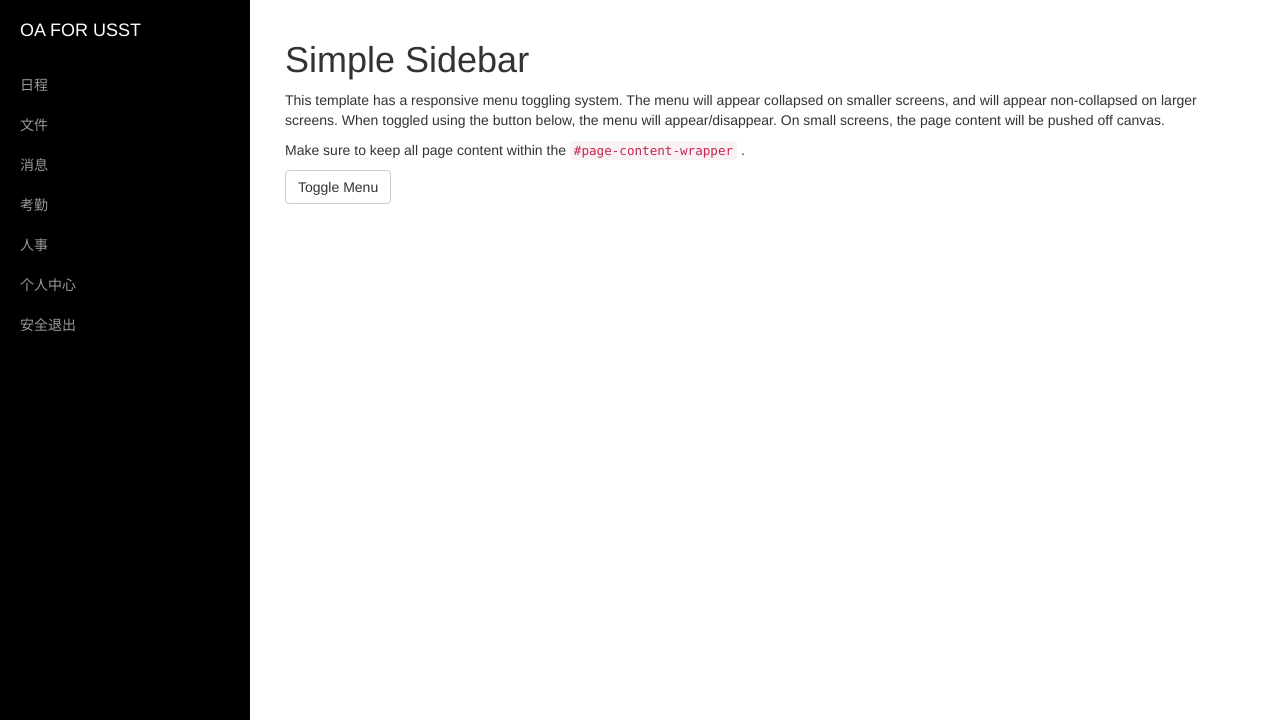
Repository: krzyty/OA_USST
Page: http://localhost/USSTOA/adminMain.jsp
These files come from the project's save history. The page is drawn as it stood at one moment and after a run of saves; the edit follows.
The browser window is 1280 px wide. The pictures show the whole page.
The page is served by Tomcat 9. Other server files are loaded and not shown.

Above is the page before, as saved 2017-07-05 06:54:36.

### 整合好的(不能修改)/OA_USST/USSTOA/WebContent/adminMain.jsp
<%@ page language="java" contentType="text/html; charset=UTF-8"
	pageEncoding="UTF-8"%><!DOCTYPE html>
<html lang="en">

<head>

<meta charset="utf-8">
<meta http-equiv="X-UA-Compatible" content="IE=edge">
<meta name="viewport" content="width=device-width, initial-scale=1">
<meta name="description" content="">
<meta name="author" content="">

<title>管理员主页</title>

<!-- Bootstrap Core CSS -->
<link href="css/bootstrap.min.css" rel="stylesheet">

<!-- Custom CSS -->
<link href="css/simple-sidebar.css" rel="stylesheet">

</head>

<body>

	<div id="wrapper">

		<!-- Sidebar -->
		<div id="sidebar-wrapper">
			<ul class="sidebar-nav">
				<li class="sidebar-brand"><a href="#"> OA FOR USST </a>
				</li>
				<li><a href="http://www.raychien.site">日程</a>
				</li>
				<li><a href="#">文件</a>
				</li>
				<li><a href="#">消息</a>
				</li>
				<li><a href="#">考勤</a>
				</li>
				<li><a href="#">人事</a>
				</li>
				<li><a href="#">个人中心</a>
				</li>
				<li><a href="logout">安全退出</a>
				</li>
			</ul>
		</div>
		<!-- /#sidebar-wrapper -->

		<!-- Page Content -->
		<div id="page-content-wrapper">
			<div class="container-fluid">
				<div class="row">
					<div class="col-lg-12">
						<h1>Simple Sidebar</h1>
						<p>This template has a responsive menu toggling system. The
							menu will appear collapsed on smaller screens, and will appear
							non-collapsed on larger screens. When toggled using the button
							below, the menu will appear/disappear. On small screens, the page
							content will be pushed off canvas.</p>
						<p>
							Make sure to keep all page content within the
							<code>#page-content-wrapper</code>
							.
						</p>
						<a href="#menu-toggle" class="btn btn-default" id="menu-toggle">Toggle
							Menu</a>
					</div>
				</div>
			</div>
		</div>
		<!-- /#page-content-wrapper -->

	</div>
	<!-- /#wrapper -->

	<!-- jQuery -->
	<script src="js/jquery.js"></script>

	<!-- Bootstrap Core JavaScript -->
	<script src="js/bootstrap.min.js"></script>

	<!-- Menu Toggle Script -->
	<script>
		$("#menu-toggle").click(function(e) {
			e.preventDefault();
			$("#wrapper").toggleClass("toggled");
		});
	</script>

</body>

</html>

### 整合好的(不能修改)/OA_USST/USSTOA/WebContent/css/simple-sidebar.css
/*!
 * Start Bootstrap - Simple Sidebar HTML Template (http://startbootstrap.com)
 * Code licensed under the Apache License v2.0.
 * For details, see http://www.apache.org/licenses/LICENSE-2.0.
 */

/* Toggle Styles */

#wrapper {
    padding-left: 0;
    -webkit-transition: all 0.5s ease;
    -moz-transition: all 0.5s ease;
    -o-transition: all 0.5s ease;
    transition: all 0.5s ease;
}

#wrapper.toggled {
    padding-left: 250px;
}

#sidebar-wrapper {
    z-index: 1000;
    position: fixed;
    left: 250px;
    width: 0;
    height: 100%;
    margin-left: -250px;
    overflow-y: auto;
    background: #000;
    -webkit-transition: all 0.5s ease;
    -moz-transition: all 0.5s ease;
    -o-transition: all 0.5s ease;
    transition: all 0.5s ease;
}

#wrapper.toggled #sidebar-wrapper {
    width: 250px;
}

#page-content-wrapper {
    width: 100%;
    position: absolute;
    padding: 15px;
}

#wrapper.toggled #page-content-wrapper {
    position: absolute;
    margin-right: -250px;
}

/* Sidebar Styles */

.sidebar-nav {
    position: absolute;
    top: 0;
    width: 250px;
    margin: 0;
    padding: 0;
    list-style: none;
}

.sidebar-nav li {
    text-indent: 20px;
    line-height: 40px;
}

.sidebar-nav li a {
    display: block;
    text-decoration: none;
    color: #999999;
}

.sidebar-nav li a:hover {
    text-decoration: none;
    color: #fff;
    background: rgba(255,255,255,0.2);
}

.sidebar-nav li a:active,
.sidebar-nav li a:focus {
    text-decoration: none;
}

.sidebar-nav > .sidebar-brand {
    height: 65px;
    font-size: 18px;
    line-height: 60px;
}

.sidebar-nav > .sidebar-brand a {
    color: #999999;
}

.sidebar-nav > .sidebar-brand a:hover {
    color: #fff;
    background: none;
}

@media(min-width:768px) {
    #wrapper {
        padding-left: 250px;
    }

    #wrapper.toggled {
        padding-left: 0;
    }

    #sidebar-wrapper {
        width: 250px;
    }

    #wrapper.toggled #sidebar-wrapper {
        width: 0;
    }

    #page-content-wrapper {
        padding: 20px;
        position: relative;
    }

    #wrapper.toggled #page-content-wrapper {
        position: relative;
        margin-right: 0;
    }
}

Loaded but not shown: 整合好的(不能修改)/OA_USST/USSTOA/WebContent/css/bootstrap.min.css (library); 整合好的(不能修改)/OA_USST/USSTOA/WebContent/js/jquery.js (library); 整合好的(不能修改)/OA_USST/USSTOA/WebContent/js/bootstrap.min.js (library)

After the next 2 saves:
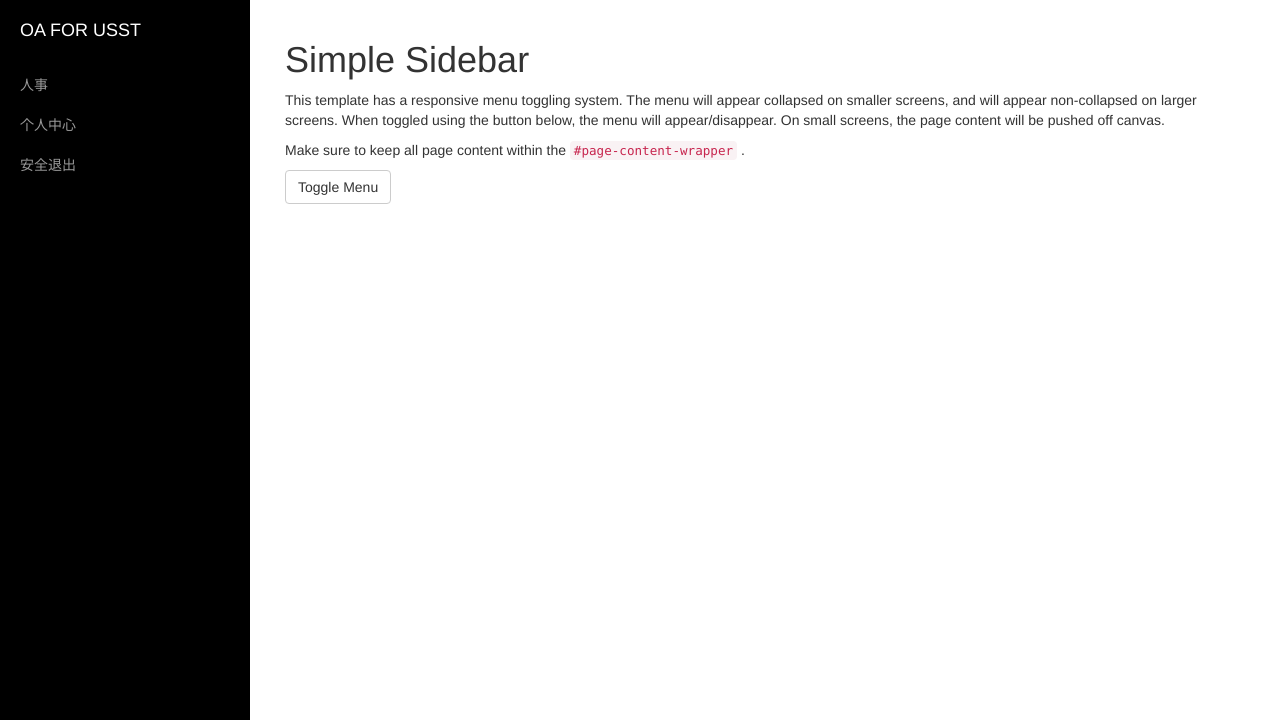
The 2 saves are shown as one change because they came seconds apart.
The last was saved 36 s later.
--- a/整合好的(不能修改)/OA_USST/USSTOA/WebContent/adminMain.jsp
+++ b/整合好的(不能修改)/OA_USST/USSTOA/WebContent/adminMain.jsp
@@ -27,15 +27,7 @@
 		<!-- Sidebar -->
 		<div id="sidebar-wrapper">
 			<ul class="sidebar-nav">
-				<li class="sidebar-brand"><a href="#"> OA FOR USST </a>
-				</li>
-				<li><a href="http://www.raychien.site">日程</a>
-				</li>
-				<li><a href="#">文件</a>
-				</li>
-				<li><a href="#">消息</a>
-				</li>
-				<li><a href="#">考勤</a>
+				<li class="sidebar-brand"><a> OA FOR USST </a>
 				</li>
 				<li><a href="#">人事</a>
 				</li>
